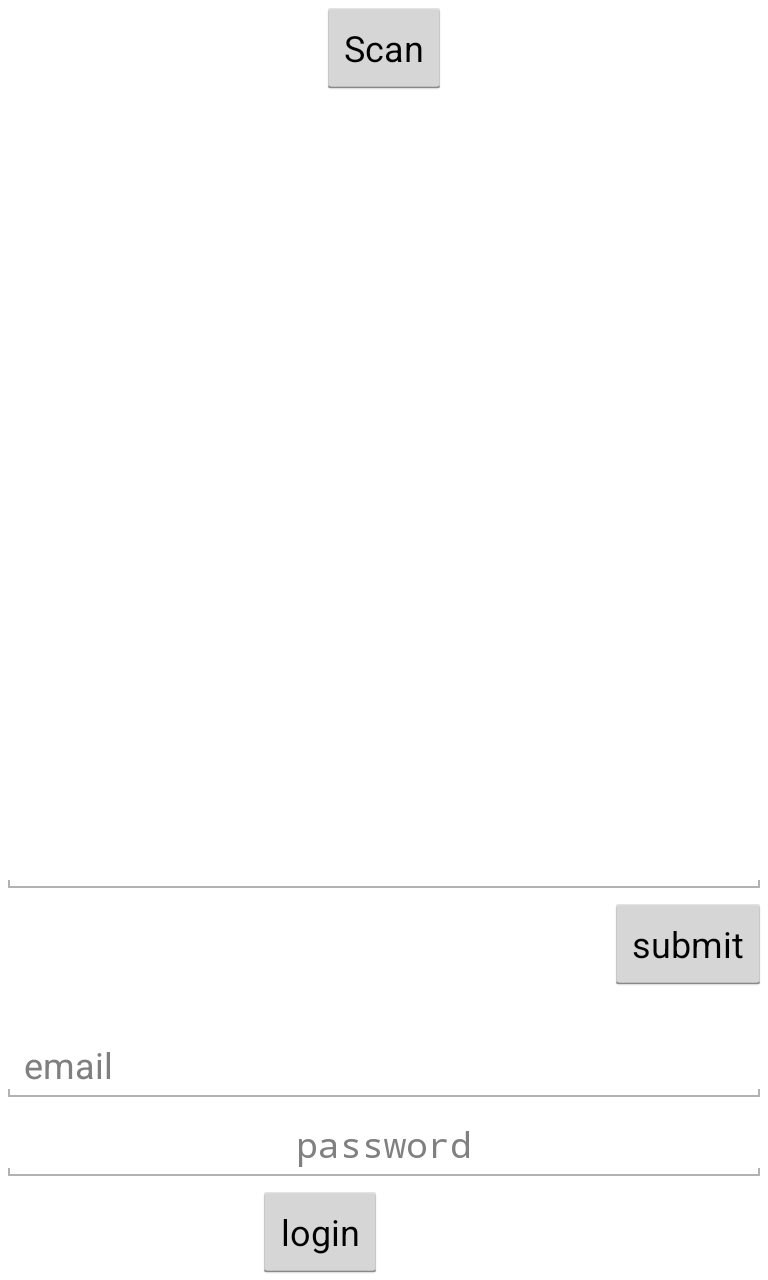
Repository: jessewang129/BarcodeScanner
Layout: nwhack/res/layout/activity_main.xml
An editor plug-in stored every save of this project. The layout is shown before and after the next save, followed by the edit.
It is drawn on a 768 x 1280 px phone screen (xhdpi) without system bars, with theme AppTheme; the app's code is not run.

Above is the layout before, as saved 2015-03-15 13:37:19.

After the next save:
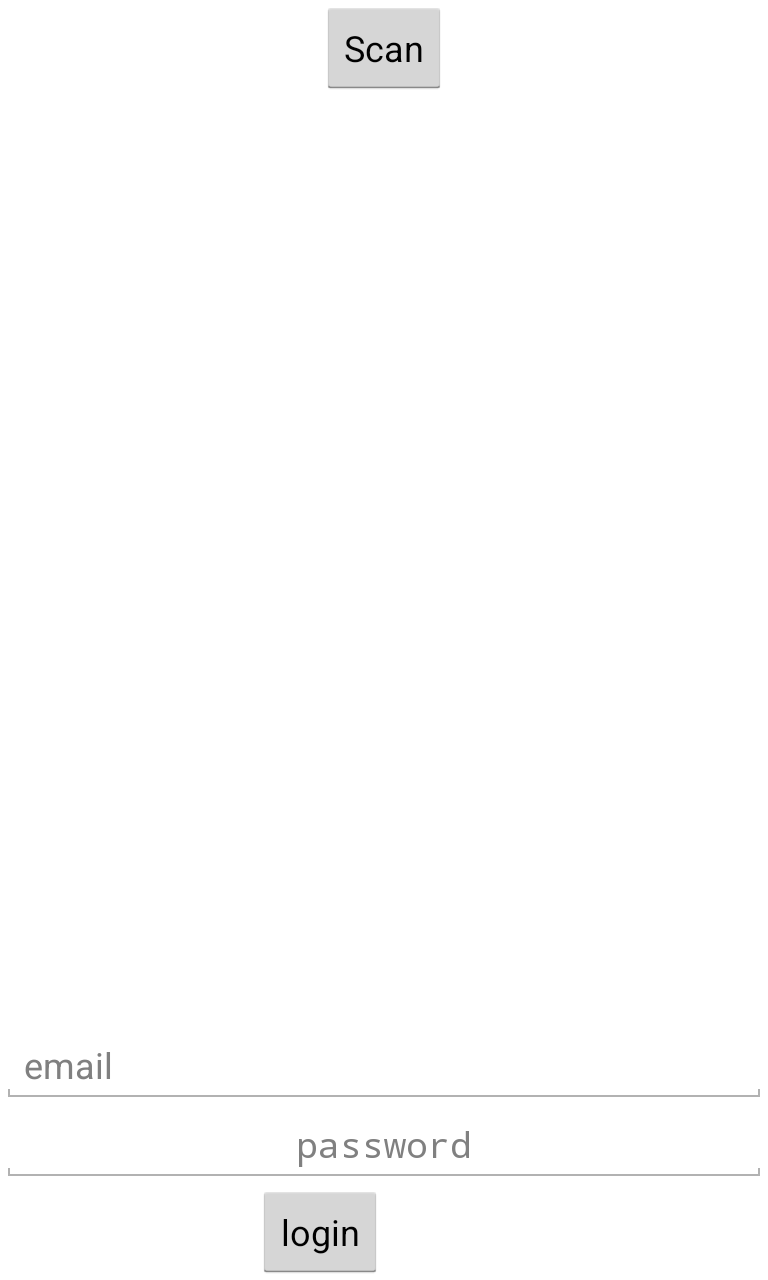
Saved 3 min 32 s later.
--- a/nwhack/res/layout/activity_main.xml
+++ b/nwhack/res/layout/activity_main.xml
@@ -58,7 +58,8 @@
 	    android:layout_above="@+id/submit_button"
 	    android:layout_alignParentLeft="true"
 	    android:ems="10"
-	    android:inputType="text" />
+	    android:inputType="text"
+	     android:visibility="invisible" />
 
 	<EditText
 	    android:id="@+id/email_address"
@@ -90,6 +91,7 @@
 	    android:layout_alignBottom="@+id/login_result"
 	    android:layout_alignParentRight="true"
 	    android:layout_marginBottom="17dp"
-	    android:text="@string/submit" />
+	    android:text="@string/submit"
+	    android:visibility="invisible" />
 
 </RelativeLayout>
